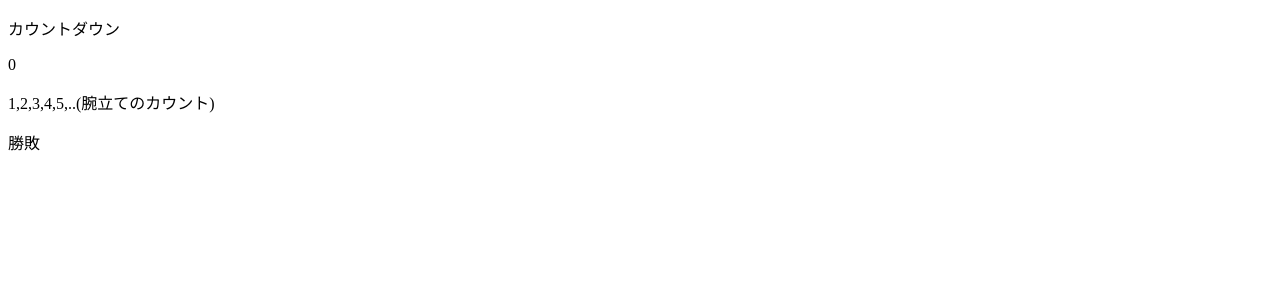
Repository: ryoum-0930/shuttleRun
Page: wait-res.html
These files come from the project's save history. The page is drawn as it stood at one moment and after the next save; the edit follows.
The browser window is 1280 px wide. The pictures show the whole page.
Some web libraries are served in a nearby version.

Above is the page before, as saved 2019-08-17 13:44:11.

After the next save:
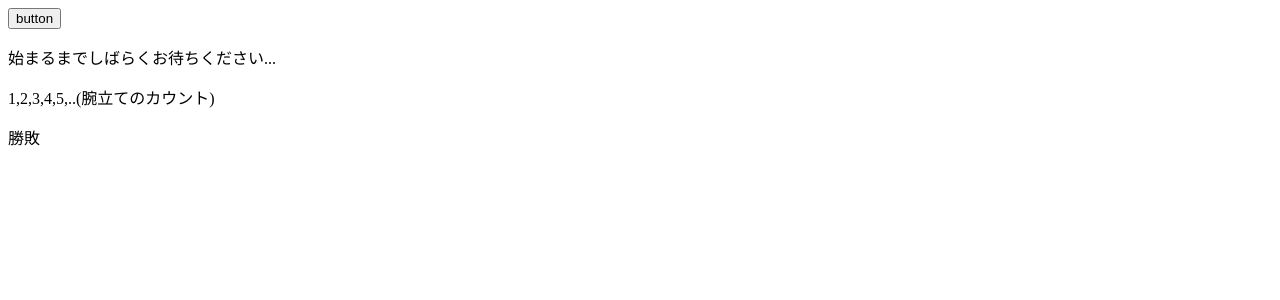
Saved 20 s later.
--- a/wait-res.html
+++ b/wait-res.html
@@ -6,30 +6,36 @@
         <!-- <script type='./javaScript' src='count.js'></script> -->
         <style>
         </style>
+        <script src="https://code.jquery.com/jquery-3.0.0.min.js"></script>
+        <script>
+            $(function() {
+                $('#button').click(
+                    function() {
+                        $.ajax({
+                            url: 'count-down.html',
+                            dataType: 'html',
+                            success: function(data) {
+                                $('#text').html(data);
+                            },
+                            error: function(data) {
+                                alert('error');
+                            }
+                        });
+                    }
+                );
+            });
+        </script>
     </head>
     <body>
+    <div id='text'>
+        <input type="button" id="button" value="button"/>
         <div id='layer'></div>
-        <div id='popup'>
-            <script src='./javaScript/loopSleep.js'></script>
-            <p id='change'>始まるまでしばらくお待ちください...</p>
-            <p id='count'>始まるよ</p>
-            <script>
-                var change = document.getElementById('change')
-                var count = document.getElementById('count')
-                var time =0;
-                loopSleep(6,1000, function(i){
-                    time = 5-i;
-                    count.innerHTML = time;
-                    console.log((i+1)+'秒経過');
-                    if(i==4){
-                        change.innerHTML = '<p>カウントダウン</p>'
-                    }
-                });
-
-            </script>
-
-            <p>1,2,3,4,5,..(腕立てのカウント)</p>
-            <p>勝敗</p>
+            <div id='popup'>
+                <script src='./javaScript/loopSleep.js'></script>
+                <p id='change'>始まるまでしばらくお待ちください...</p>
+                <p>1,2,3,4,5,..(腕立てのカウント)</p>
+                <p>勝敗</p>
+            </div>
         </div>
 
     </body>
